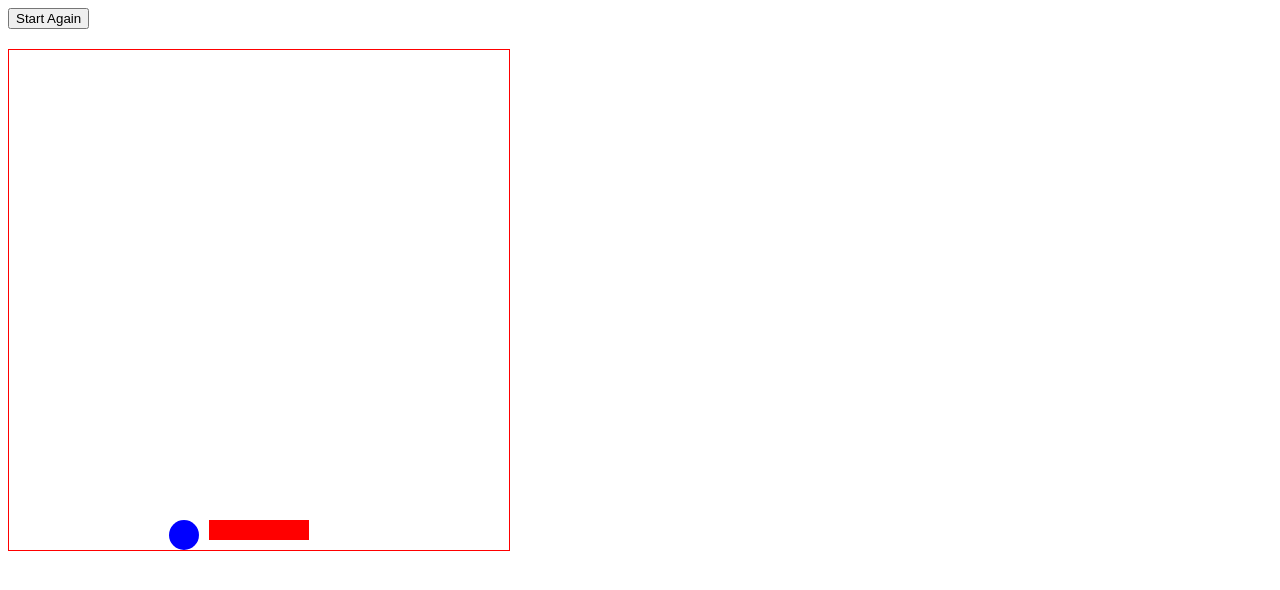
Repository: huynhsang96/CaseJS
Page: Demo_case/index.html
An editor plug-in stored every save of this project. The page is shown before and after a run of saves, followed by the edit.
The browser window is 1280 px wide. The pictures show the whole page.

Above is the page before, as saved 2022-02-18 14:53:45.

### Demo_case/index.html
<!DOCTYPE html>
<html lang="en">
<head>
    <meta charset="UTF-8">
    <meta http-equiv="X-UA-Compatible" content="IE=edge">
    <meta name="viewport" content="width=device-width, initial-scale=1.0">
    <title>Document</title>
    <style>
        button{
            display: block;
        }

        canvas{
            margin-top: 20px;
        }
    </style>
</head>
<body>
    <button class="btn">Start Again</button>
    <canvas id="myCanvas" width="500" height="500" style="border:1px solid red;">


        <script src="./ball.js"></script>
        <script src="./bar.js"></script>
        <script src="./brick.js"></script>
    <script src="./main.js"></script>

    <script>

    </script>
</body>
</html>

### Demo_case/ball.js
class Ball{
    constructor(x, y, radius, color){
        this.x = x;
        this.y = y;
        this.radius = radius;
        this.color = color;
        this.speedX = 1;
        this.speedY = 3;
        this.canvas = document.getElementById("myCanvas");
        this.ctx = this.canvas.getContext('2d');
        this.isGameOver = false;
    }

    draw(){
        this.ctx.beginPath();
        this.ctx.arc(this.x, this.y, this.radius, 0, Math.PI * 2);
        this.ctx.fillStyle = this.color;
        this.ctx.fill();
        this.ctx.closePath();
    }

    updateBall(){
        this.x += this.speedX;
        this.y += this.speedY;
    }

    ballColiision(){
        if(this.x + this.radius > this.canvas.width || this.x < this.radius){
            this.speedX = -this.speedX;
        }
        if(this.y < this.radius){
            this.speedY = -this.speedY
        }
    }

    checkGame(){
        if(this.y + this.radius > this.canvas.height){
            this.isGameOver = true;
        }
    }

    move(){
        this.ctx.clearRect(0,0,this.canvas.width,this.canvas.height); // xóa canvas
        this.draw();
    }
}

### Demo_case/bar.js
class Bar{
    constructor(witdh, height, color){
        this.witdh = witdh;
        this.height = height;
        this.x = 200;
        this.y = 470;
        this.color = color;
        this.speed = 5;
        this.canvas = document.getElementById("myCanvas");
        this.ctx = this.canvas.getContext('2d');
    }

    drawBar(){
        this.ctx.beginPath();
        this.ctx.rect(this.x, this.y, this.witdh, this.height);
        this.ctx.fillStyle = this.color;
        this.ctx.fill();
        this.ctx.closePath();
    }
}

### Demo_case/brick.js
class  brick{

}

### Demo_case/main.js



// const canvas = document.getElementById("myCanvas");
// const ctx = canvas.getContext("2d");


// // Đối tượng ball
// let ball = {
//     radius: 12,
//     x: 200,
//     y: 200,
//     dx: 1,
//     dy: 3,
// }

// // Đối tượng thanh bar
// let bar = {
//     width: 100,
//     height: 10,
//     x: 200,
//     y: canvas.height - 30,
//     speed: 5,
//     isMovingLeft: false,
//     isMovingRight: false,
// }

// // Đối tượng brick
// let brick = {
//     offsetX: 20,
//     offsetY: 20,
//     margin: 20,
//     width: 60,
//     height: 20,
//     totalRow: 3,
//     totalColum: 6,
//     isBroken: false,
// }

// let brickList = []
// for(let i = 0; i < brick.totalRow; i++){
//     for(let j = 0; j < brick.totalColum; j++){
//         brickList.push(
//             {
//                 x: brick.offsetX + j * (brick.width + brick.margin),
//                 y: brick.offsetY + i * (brick.height + brick.margin),
//             }
//         )
//     }
// }

// // Vẽ ball
// function drawBall(){
//     ctx.beginPath();
//     ctx.arc(ball.x,ball.y,ball.radius,0,Math.PI*2);
//     ctx.fillStyle = "blue";
//     ctx.fill();
//     ctx.closePath();
// }

// // Vẽ thanh bar
// function drawBar(){
//     ctx.beginPath();
//     ctx.rect(bar.x,bar.y,bar.width,bar.height);
//     ctx.fillStyle = "red";
//     ctx.fill();
//     ctx.closePath();
// }

// // Width = 2 * OFFSET + 6 * WIDTH + 5 * MARGIN
// // OFFSET = MARGIN = 20
// // WIDTH = 60
// // HEIGHT = 20

// // Vẽ đối tượng Brick
// function drawBrick(){
//     brickList.forEach(element => {
//         if(!element.isBroken){
//             ctx.beginPath()
//             ctx.rect(
//                 element.x,
//                 element.y,
//                 brick.width,
//                 brick.height,
//                 )
//             ctx.fillStyle = "green"
//             ctx.fill()
//             ctx.closePath()
//         }
//     });
// }

// // Xử lý va chạm Ball
// function collision(){
//     if(ball.x + ball.radius > canvas.width || ball.x < ball.radius){
//         ball.dx = -ball.dx
//     }

//     if(ball.y < ball.radius){
//         ball.dy = -ball.dy
//     }
// }

// function updateBall(){
//     ball.x += ball.dx;
//     ball.y += ball.dy;
// }

// // Xử lý va chạm Bar
// function collisionBar(){
//     if(ball.x + ball.radius >= bar.x && ball.x + ball.radius <= bar.x + bar.width && ball.y + ball.radius >= bar.y ){
//         ball.dy = -ball.dy;
//     }
// }

// // Xử lý va chạm bricks
// function collisionBricks(){
//     brickList.forEach(element =>{
//         if(!element.isBroken){
//             if(ball.x + ball.radius >= element.x && ball.x + ball.radius <= element.x + brick.width && ball.y + ball.radius >= element.y && ball.y + ball.radius <= element.y + brick.height){
//                 ball.dy = -ball.dy;
//                 element.isBroken = true;
//             }
//         }
//     })
// }

// // Di chuyển thanh Bar
// function moveBar(){
//     if(bar.isMovingLeft && bar.x > 0){
//         bar.x -= bar.speed;
//     }else if(bar.isMovingRight && bar.x < canvas.width - bar.width){
//         bar.x += bar.speed
//     }
// }


// // Xử lý thua game
// let isGameOver = false;

// // xử lý thắng Game
// let isEndGame = false;

// function endGame(){
//     isEndGame = brickList.every(element =>{
//         return element.isBroken === true;
//     })

// }
// console.log(isEndGame)

// function checkGame(){
//     if(ball.y + ball.radius > canvas.height){
//         isGameOver = true;
//     }
//     if(isEndGame){
//         isGameOver = true;
//     }
// }

// function alerGameOver(){
//     console.log("Game Over");
// }

// function behavior(){
//     if(!isGameOver){
//         ctx.clearRect(0,0,canvas.width,canvas.height);
//         drawBall();
//         drawBar();
//         drawBrick();

//         moveBar();

//         collision();

//         collisionBar();

//         collisionBricks();

//         updateBall();

//         checkGame();

//         endGame();

//         requestAnimationFrame(behavior);
//     } else{
//         alerGameOver();
//     }

// }

// behavior()



// document.addEventListener("keydown",function(e){
//     if(e.keyCode === 37){
//         bar.isMovingLeft = true;
//     }
//     if(e.keyCode === 39){
//         bar.isMovingRight = true;
//     }
// })


// document.addEventListener("keyup",function(e){
//     if(e.keyCode === 37){
//         bar.isMovingLeft = false;
//     }
//     if(e.keyCode === 39){
//         bar.isMovingRight = false;
//     }
// })

let ball1 = new Ball(20,20,15,"blue");
let bar1 = new Bar(100,20,"red");


function play(){
    ball1.checkGame()

    if(!ball1.isGameOver){
        ball1.move();
        ball1.updateBall();

        bar1.drawBar();

        requestAnimationFrame(play);
    }
}
play()

After the next 2 saves:
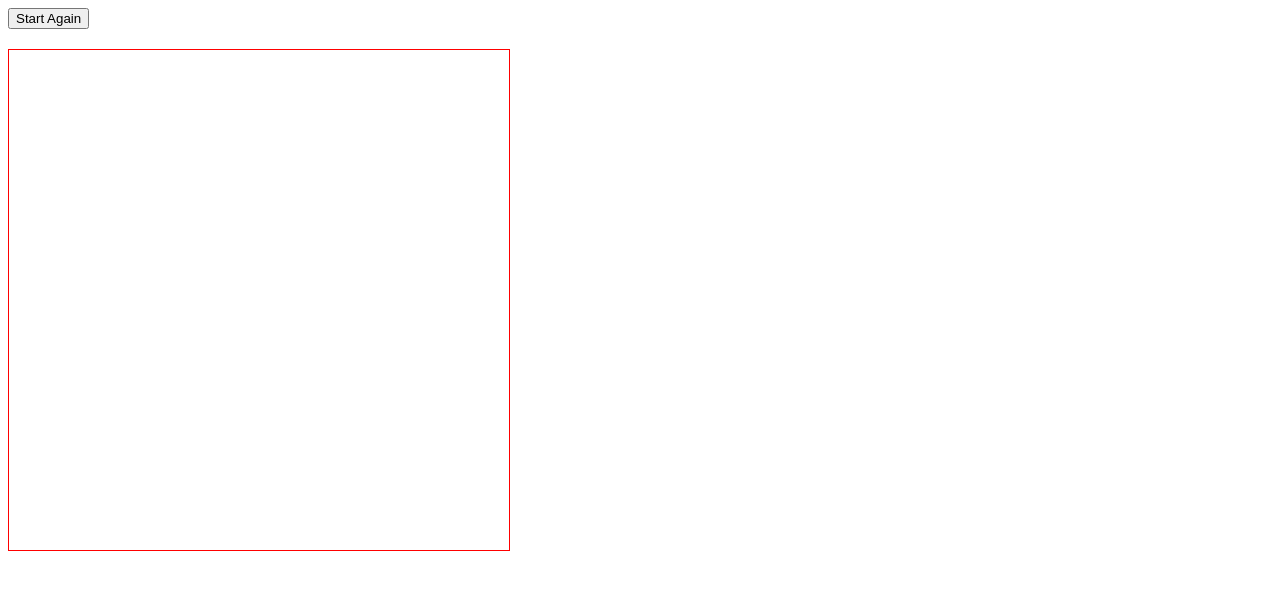
Console error: TypeError: Cannot read properties of undefined (reading 'height')
The 2 saves are shown as one change because they came seconds apart.
The last was saved 21 s later.
--- a/Demo_case/bar.js
+++ b/Demo_case/bar.js
@@ -3,7 +3,7 @@
         this.witdh = witdh;
         this.height = height;
         this.x = 200;
-        this.y = 470;
+        this.y = this.canvas.height - 30;
         this.color = color;
         this.speed = 5;
         this.canvas = document.getElementById("myCanvas");

After the save that followed:
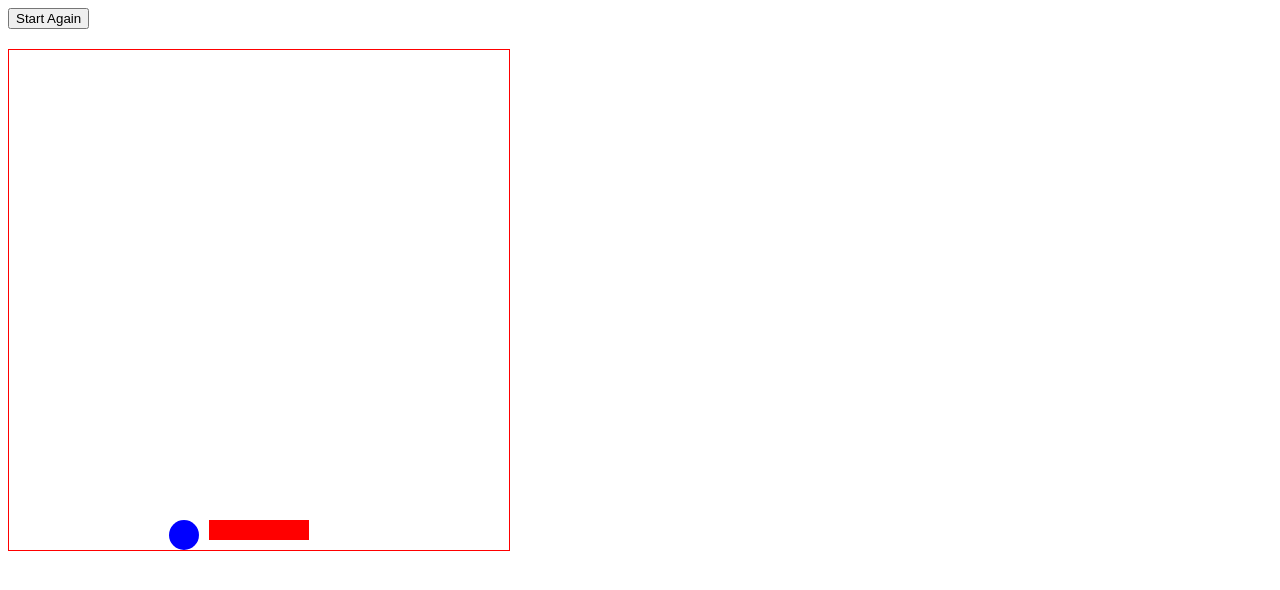
The error is gone.
Saved 6 s later.
--- a/Demo_case/bar.js
+++ b/Demo_case/bar.js
@@ -3,7 +3,7 @@
         this.witdh = witdh;
         this.height = height;
         this.x = 200;
-        this.y = this.canvas.height - 30;
+        this.y = 470;
         this.color = color;
         this.speed = 5;
         this.canvas = document.getElementById("myCanvas");
